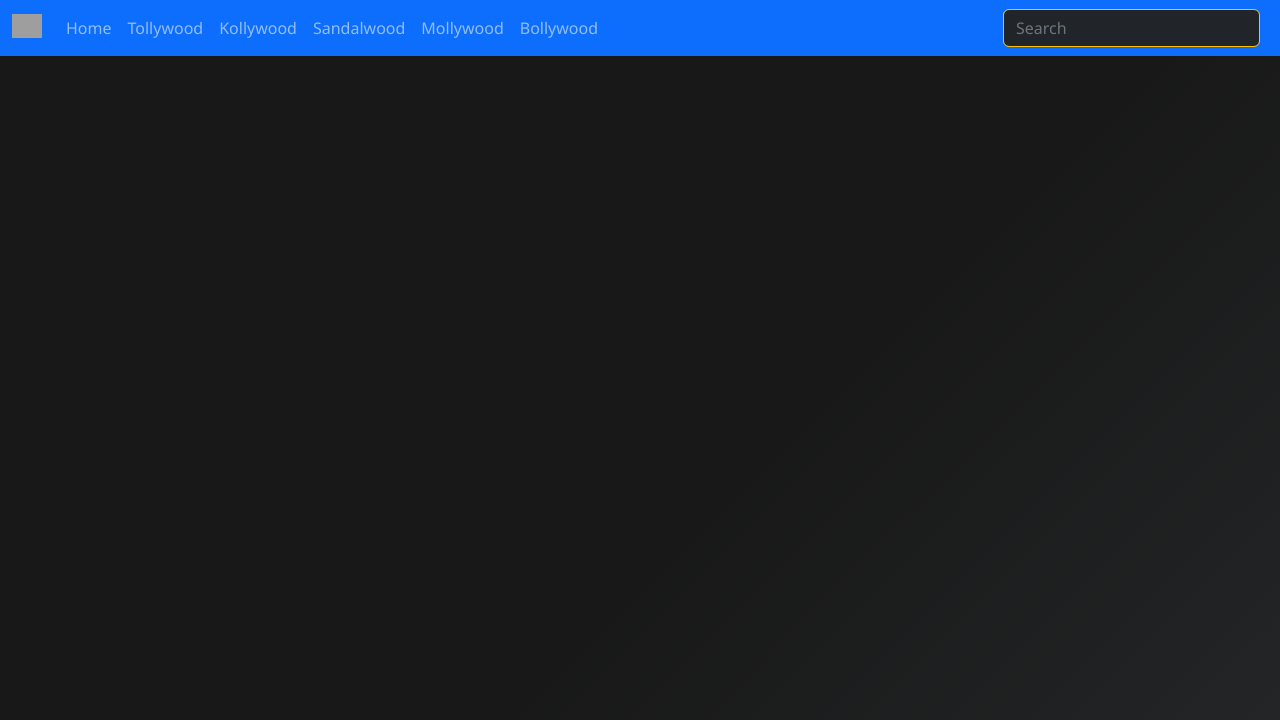
Repository: chandu7777158/Movies_spot
Page: /
The author's editor kept a copy of each file at every save. The page is drawn from the files as they stood at one save, then again after a run of saves.
The browser window is 1280 px wide. The pictures show the whole page.
Pictures or frames that could not be fetched are drawn as grey boxes. The project was rebuilt for these pictures with package versions that can differ from the ones it lists, and the page was loaded fresh each time. Also part of the build but not shown: vite.config.js.

Above is the page before, as saved 2026-01-22 11:27:52.

### index.html
<!doctype html>
<html lang="en">
  <head>
    <meta charset="UTF-8" />
    <link rel="icon" type="image/svg+xml" href="/vite.svg" />
    <meta name="viewport" content="width=device-width, initial-scale=1.0" />
    <title>movies_spot</title>
    <link href="https://cdn.jsdelivr.net/npm/bootstrap@5.2.3/dist/css/bootstrap.min.css" rel="stylesheet" integrity="sha384-rbsA2VBKQhggwzxH7pPCaAqO46MgnOM80zW1RWuH61DGLwZJEdK2Kadq2F9CUG65" crossorigin="anonymous">

  </head>
  <body>
    <script src="https://cdn.jsdelivr.net/npm/bootstrap@5.2.3/dist/js/bootstrap.bundle.min.js" integrity="sha384-kenU1KFdBIe4zVF0s0G1M5b4hcpxyD9F7jL+jjXkk+Q2h455rYXK/7HAuoJl+0I4" crossorigin="anonymous"></script>
    <div id="root"></div>
    <script type="module" src="/src/main.jsx"></script>
  </body>
</html>

### src/index.css
body {
	background: linear-gradient(135deg, #181818 60%, #232526 100%);
	min-height: 100vh;
	color: #f5f5f5;
	font-family: 'Segoe UI', 'Roboto', 'Arial', sans-serif;
	margin: 0;
}

.page-section {
	padding: 2rem 1rem;
	background: rgba(24, 24, 24, 0.95);
	border-radius: 12px;
	box-shadow: 0 2px 16px rgba(0,0,0,0.2);
	margin: 2rem auto;
	max-width: 1200px;
}

/* Accent color for headings and highlights */
.accent {
	color: #ffc107;
}

### src/App.jsx
import React from 'react'
import Navbar from './components/Navbar'

export default function App() {
  return (
    <div>
      <Navbar/>
    </div>
  )
}

### src/components/Navbar.jsx

import React from 'react';

export default function Navbar() {
    return (
        <nav className="navbar  navbar-dark bg-primary navbar-expand-lg ">
            <div className="container-fluid">
                <a class="navbar-brand" href="#">
                    <img src="https://static.vecteezy.com/system/resources/previews/022/580/623/non_2x/movie-media-letter-logo-design-illustration-free-vector.jpg" alt="Logo" width="30" height="24" class="d-inline-block align-text-top"/>
                </a>
                <button className="navbar-toggler" type="button" data-bs-toggle="collapse" data-bs-target="#navbarNav" aria-controls="navbarNav" aria-expanded="false" aria-label="Toggle navigation">
                    <span className="navbar-toggler-icon"></span>
                </button>
                <div className="collapse navbar-collapse" id="navbarNav">
                    <ul className="navbar-nav me-auto mb-2 mb-lg-0">
                        <li className="nav-item">
                            <a className="nav-link" href="#">Home</a>
                        </li>
                        <li className="nav-item">
                            <a className="nav-link" href="#">Tollywood</a>
                        </li>
                        <li className="nav-item">
                            <a className="nav-link" href="#">Kollywood</a>
                        </li>
                        <li className="nav-item">
                            <a className="nav-link" href="#">Sandalwood</a>
                        </li>
                        <li className="nav-item">
                            <a className="nav-link" href="#">Mollywood</a>
                        </li>
                        <li className="nav-item">
                            <a className="nav-link" href="#">Bollywood</a>
                        </li>
                    </ul>
                    <form className="d-flex" role="search">
                        <input className="form-control me-2 bg-dark text-light border-warning" type="search" placeholder="Search" aria-label="Search" />
                    </form>
                </div>
            </div>
        </nav>
    );
}

Loaded but not shown: src/main.jsx (common file)

After the next 3 saves:
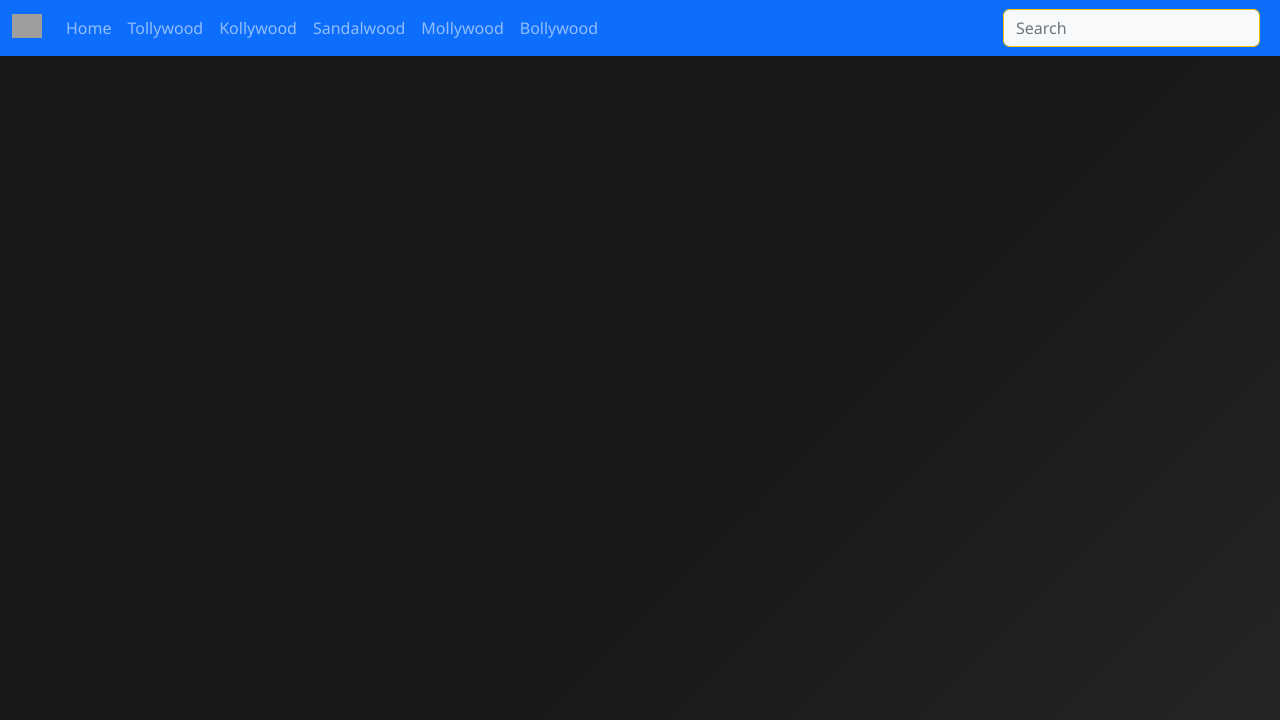
The 3 saves are shown as one change because they came seconds apart.
The last was saved 14 s later.
--- a/src/components/Navbar.jsx
+++ b/src/components/Navbar.jsx
@@ -33,7 +33,7 @@ export default function Navbar() {
                         </li>
                     </ul>
                     <form className="d-flex" role="search">
-                        <input className="form-control me-2 bg-dark text-light border-warning" type="search" placeholder="Search" aria-label="Search" />
+                        <input className="form-control me-2 bg-light text-dark border-warning" type="search" placeholder="Search" aria-label="Search" />
                     </form>
                 </div>
             </div>
